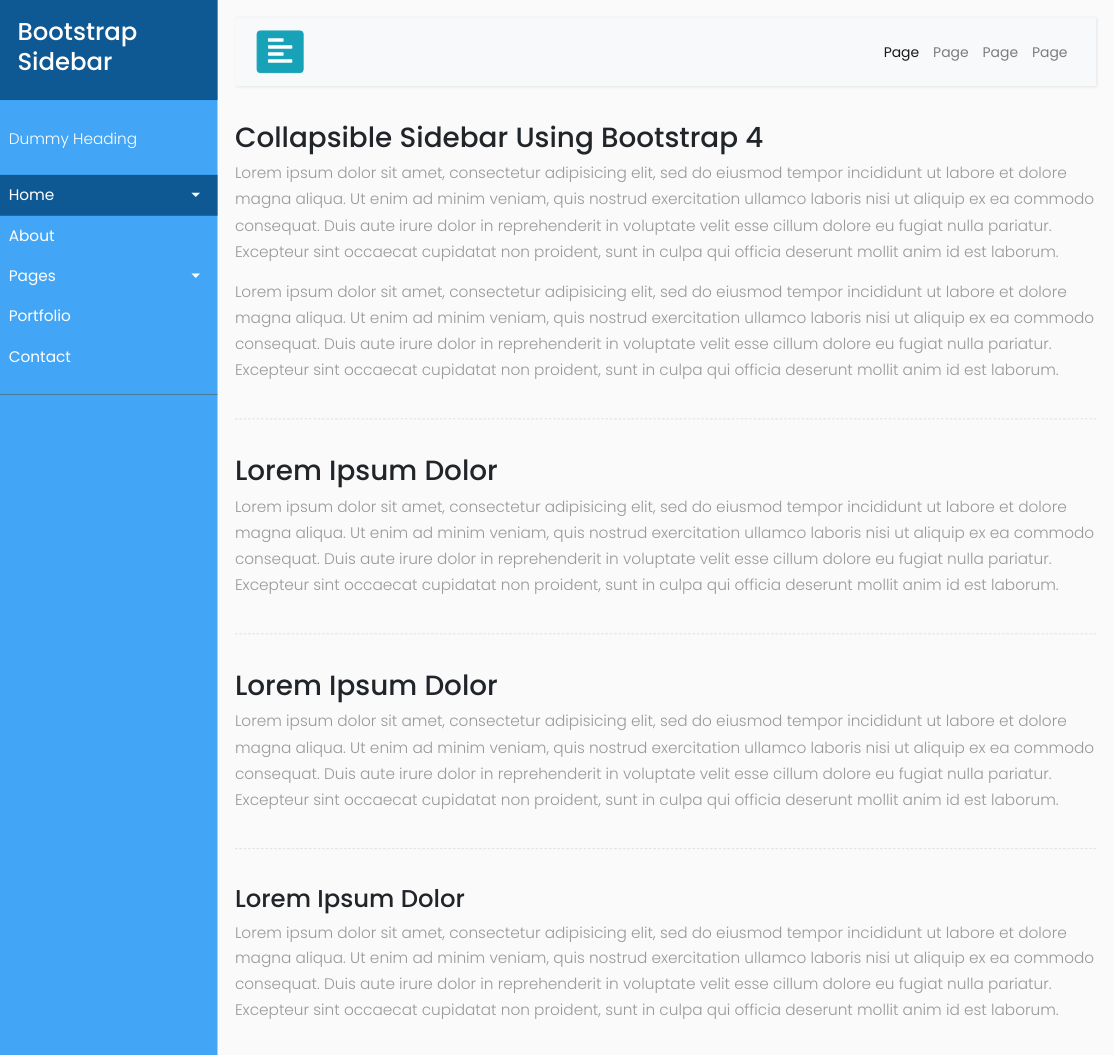
Repository: thiagosfideles/aprendendo-git
Page: http://localhost/
The author's editor kept a record of every edit. The page is drawn from the files as they stood at one moment, then again after the next edit.
The browser window is 1280 px wide. The pictures show the whole page, at 87% of full size.
Some web libraries are served in a nearby version. The page is run by PHP 8.4 with error messages shown; the project is at /var/www/html/.

Above is the page before.

### index.php
<?php

include_once ("index.html");

?>

### index.html
<!DOCTYPE html>
<html lang="pt-br">
<head>
    <meta charset="UTF-8">
    <meta name="viewport" content="width=device-width, initial-scale=1.0">
    <meta http-equiv="X-UA-Compatible" content="ie=edge">
    <title>Calendar</title>

    <!-- Bootstrap CSS CDN -->
    <link rel="stylesheet" href="https://cdnjs.cloudflare.com/ajax/libs/twitter-bootstrap/4.3.1/css/bootstrap.min.css" type="text/css" />

     <!-- Our Custom CSS -->
    <link rel="stylesheet" href="css/style.css">

    <!-- Font Awesome JS -->
    <script type="text/javascript" src="https://cdnjs.cloudflare.com/ajax/libs/font-awesome/5.11.2/js/fontawesome.js"></script>
    <script type="text/javascript" src="https://cdnjs.cloudflare.com/ajax/libs/font-awesome/5.11.2/js/solid.js"></script>

</head>
<body>

  <div class="wrapper">
        <!-- Sidebar  -->
        <nav id="sidebar">
            <div class="sidebar-header">
                <h3>Bootstrap Sidebar</h3>
            </div>

            <ul class="list-unstyled components">
                <p>Dummy Heading</p>
                <li class="active">
                    <a href="#homeSubmenu" data-toggle="collapse" aria-expanded="false" class="dropdown-toggle">Home</a>
                    <ul class="collapse list-unstyled" id="homeSubmenu">
                        <li>
                            <a href="#">Home 1</a>
                        </li>
                        <li>
                            <a href="#">Home 2</a>
                        </li>
                        <li>
                            <a href="#">Home 3</a>
                        </li>
                    </ul>
                </li>
                <li>
                    <a href="#">About</a>
                </li>
                <li>
                    <a href="#pageSubmenu" data-toggle="collapse" aria-expanded="false" class="dropdown-toggle">Pages</a>
                    <ul class="collapse list-unstyled" id="pageSubmenu">
                        <li>
                            <a href="#">Page 1</a>
                        </li>
                        <li>
                            <a href="#">Page 2</a>
                        </li>
                        <li>
                            <a href="#">Page 3</a>
                        </li>
                    </ul>
                </li>
                <li>
                    <a href="#">Portfolio</a>
                </li>
                <li>
                    <a href="#">Contact</a>
                </li>
            </ul>
        </nav>

        <!-- Page Content  -->
        <div id="content">

            <nav class="navbar navbar-expand-lg navbar-light bg-light">
                <div class="container-fluid">

                    <button type="button" id="sidebarCollapse" class="btn btn-info">
                        <i class="fas fa-2x fa-align-left"></i>

                    </button>
                    <button class="btn btn-dark d-inline-block d-lg-none ml-auto" type="button" data-toggle="collapse" data-target="#navbarSupportedContent" aria-controls="navbarSupportedContent" aria-expanded="false" aria-label="Toggle navigation">
                        <i class="fas fa-align-justify"></i>
                    </button>

                    <div class="collapse navbar-collapse" id="navbarSupportedContent">
                        <ul class="nav navbar-nav ml-auto">
                            <li class="nav-item active">
                                <a class="nav-link" href="#">Page</a>
                            </li>
                            <li class="nav-item">
                                <a class="nav-link" href="#">Page</a>
                            </li>
                            <li class="nav-item">
                                <a class="nav-link" href="#">Page</a>
                            </li>
                            <li class="nav-item">
                                <a class="nav-link" href="#">Page</a>
                            </li>
                        </ul>
                    </div>
                </div>
            </nav>

            <h2>Collapsible Sidebar Using Bootstrap 4</h2>
            <p>Lorem ipsum dolor sit amet, consectetur adipisicing elit, sed do eiusmod tempor incididunt ut labore et dolore magna aliqua. Ut enim ad minim veniam, quis nostrud exercitation ullamco laboris nisi ut aliquip ex ea commodo consequat. Duis aute irure dolor in reprehenderit in voluptate velit esse cillum dolore eu fugiat nulla pariatur. Excepteur sint occaecat cupidatat non proident, sunt in culpa qui officia deserunt mollit anim id est laborum.</p>
            <p>Lorem ipsum dolor sit amet, consectetur adipisicing elit, sed do eiusmod tempor incididunt ut labore et dolore magna aliqua. Ut enim ad minim veniam, quis nostrud exercitation ullamco laboris nisi ut aliquip ex ea commodo consequat. Duis aute irure dolor in reprehenderit in voluptate velit esse cillum dolore eu fugiat nulla pariatur. Excepteur sint occaecat cupidatat non proident, sunt in culpa qui officia deserunt mollit anim id est laborum.</p>

            <div class="line"></div>

            <h2>Lorem Ipsum Dolor</h2>
            <p>Lorem ipsum dolor sit amet, consectetur adipisicing elit, sed do eiusmod tempor incididunt ut labore et dolore magna aliqua. Ut enim ad minim veniam, quis nostrud exercitation ullamco laboris nisi ut aliquip ex ea commodo consequat. Duis aute irure dolor in reprehenderit in voluptate velit esse cillum dolore eu fugiat nulla pariatur. Excepteur sint occaecat cupidatat non proident, sunt in culpa qui officia deserunt mollit anim id est laborum.</p>

            <div class="line"></div>

            <h2>Lorem Ipsum Dolor</h2>
            <p>Lorem ipsum dolor sit amet, consectetur adipisicing elit, sed do eiusmod tempor incididunt ut labore et dolore magna aliqua. Ut enim ad minim veniam, quis nostrud exercitation ullamco laboris nisi ut aliquip ex ea commodo consequat. Duis aute irure dolor in reprehenderit in voluptate velit esse cillum dolore eu fugiat nulla pariatur. Excepteur sint occaecat cupidatat non proident, sunt in culpa qui officia deserunt mollit anim id est laborum.</p>

            <div class="line"></div>

            <h3>Lorem Ipsum Dolor</h3>
            <p>Lorem ipsum dolor sit amet, consectetur adipisicing elit, sed do eiusmod tempor incididunt ut labore et dolore magna aliqua. Ut enim ad minim veniam, quis nostrud exercitation ullamco laboris nisi ut aliquip ex ea commodo consequat. Duis aute irure dolor in reprehenderit in voluptate velit esse cillum dolore eu fugiat nulla pariatur. Excepteur sint occaecat cupidatat non proident, sunt in culpa qui officia deserunt mollit anim id est laborum.</p>
        </div>
    </div>



    <!-- Scripts -->
    <!-- Jquery.js -->
    <script src="https://code.jquery.com/jquery-3.3.1.slim.min.js" integrity="sha384-q8i/X+965DzO0rT7abK41JStQIAqVgRVzpbzo5smXKp4YfRvH+8abtTE1Pi6jizo" crossorigin="anonymous"></script>
    <!-- Popper.js -->
    <script type="text/javascript" src="https://cdnjs.cloudflare.com/ajax/libs/popper.js/1.15.0/esm/popper.min.js"></script>
    <!-- Bootstrap.js -->
    <script type="text/javascript" src="https://cdnjs.cloudflare.com/ajax/libs/twitter-bootstrap/4.3.1/js/bootstrap.min.js"></script>
    <!-- Sidebar.js -->
    <script type="text/javascript" src="js/sidebar.js"></script>

</body>
</html>

### css/style.css
/*
    DEMO STYLE
*/

@import "https://fonts.googleapis.com/css?family=Poppins:300,400,500,600,700";
body {
    font-family: 'Poppins', sans-serif;
    background: #fafafa;
}

p {
    font-family: 'Poppins', sans-serif;
    font-size: 1.1em;
    font-weight: 300;
    line-height: 1.7em;
    color: #999;
}

a,
a:hover,
a:focus {
    color: inherit;
    text-decoration: none;
    transition: all 0.3s;
}

.navbar {
    padding: 15px 10px;
    background: #fff;
    border: none;
    border-radius: 0;
    margin-bottom: 40px;
    box-shadow: 1px 1px 3px rgba(0, 0, 0, 0.1);
}

.navbar-btn {
    box-shadow: none;
    outline: none !important;
    border: none;
}

.line {
    width: 100%;
    height: 1px;
    border-bottom: 1px dashed #ddd;
    margin: 40px 0;
}

/* ---------------------------------------------------
    SIDEBAR STYLE
----------------------------------------------------- */

.wrapper {
    display: flex;
    width: 100%;
    align-items: stretch;
}

#sidebar {
    min-width: 250px;
    max-width: 250px;
    background: #42a5f5;
    color: #fff;
    transition: all 0.3s;
}

#sidebar.active {
    margin-left: -250px;
}

#sidebar .sidebar-header {
    padding: 20px;
    background: #0E5993;
}

#sidebar ul.components {
    padding: 20px 0;
    border-bottom: 1px solid #47748b;
}

#sidebar ul p {
    color: #fff;
    padding: 10px;
}

#sidebar ul li a {
    padding: 10px;
    font-size: 1.1em;
    display: block;
}

#sidebar ul li a:hover {
    color: #7386D5;
    background: #fff;
}

#sidebar ul li.active>a,
a[aria-expanded="true"] {
    color: #fff;
    background: #0E5993;
}

a[data-toggle="collapse"] {
    position: relative;
}

.dropdown-toggle::after {
    display: block;
    position: absolute;
    top: 50%;
    right: 20px;
    transform: translateY(-50%);
}

ul ul a {
    font-size: 0.9em !important;
    padding-left: 30px !important;
    background: #0E5993;
}

ul.CTAs {
    padding: 20px;
}

ul.CTAs a {
    text-align: center;
    font-size: 0.9em !important;
    display: block;
    border-radius: 5px;
    margin-bottom: 5px;
}

a.download {
    background: #fff;
    color: #7386D5;
}

a.article,
a.article:hover {
    background: #0E5993 !important;
    color: #fff !important;
}

/* ---------------------------------------------------
    CONTENT STYLE
----------------------------------------------------- */

#content {
    width: 100%;
    padding: 20px;
    min-height: 100vh;
    transition: all 0.3s;
}

/* ---------------------------------------------------
    MEDIAQUERIES
----------------------------------------------------- */

@media (max-width: 768px) {
    #sidebar {
        margin-left: -250px;
    }
    #sidebar.active {
        margin-left: 0;
    }
    #sidebarCollapse span {
        display: none;
    }
}

Loaded but not shown: js/sidebar.js (common file)

After the next edit:
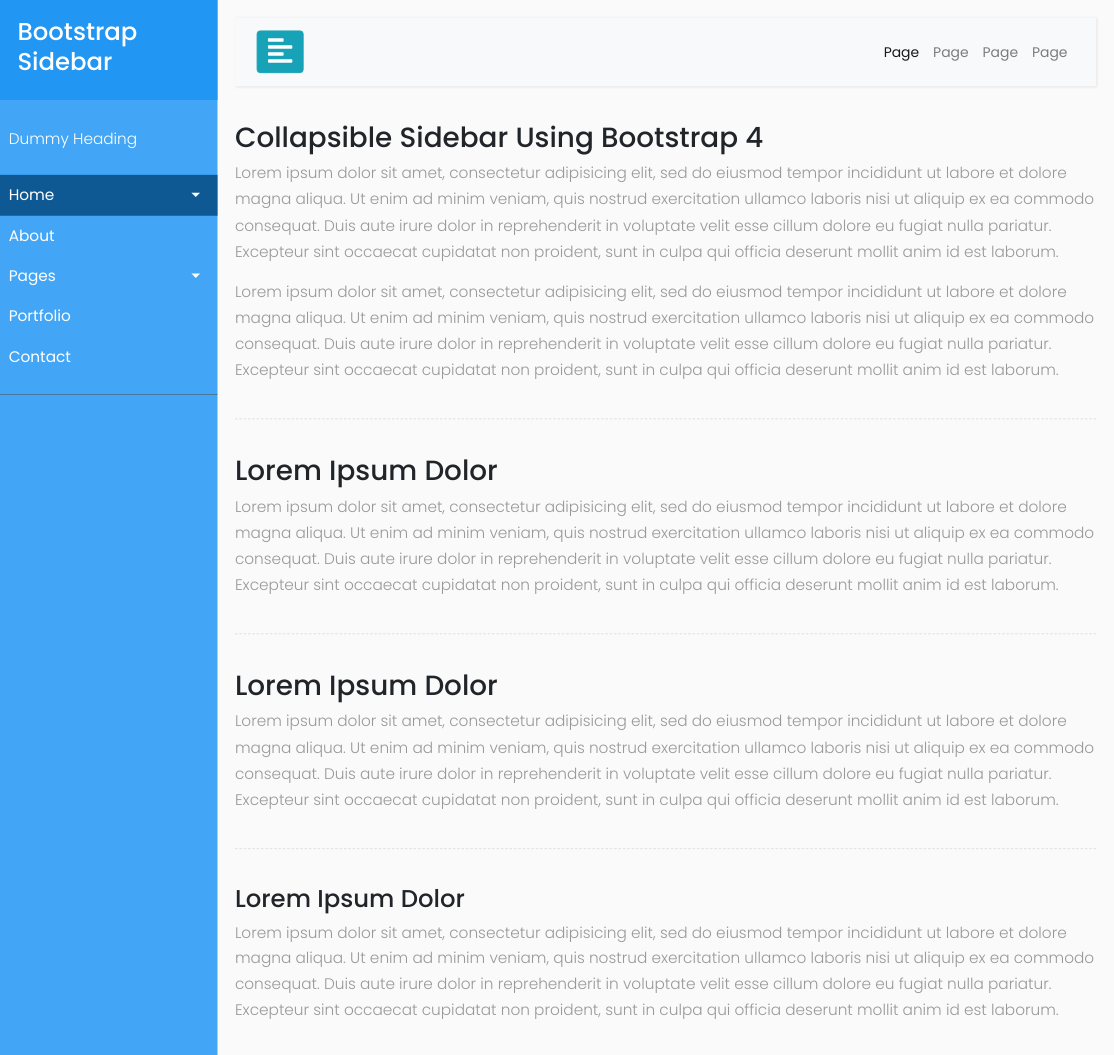
The edit:
--- a/css/style.css
+++ b/css/style.css
@@ -70,7 +70,7 @@
 
 #sidebar .sidebar-header {
     padding: 20px;
-    background: #0E5993;
+    background: #2196f3;
 }
 
 #sidebar ul.components {
